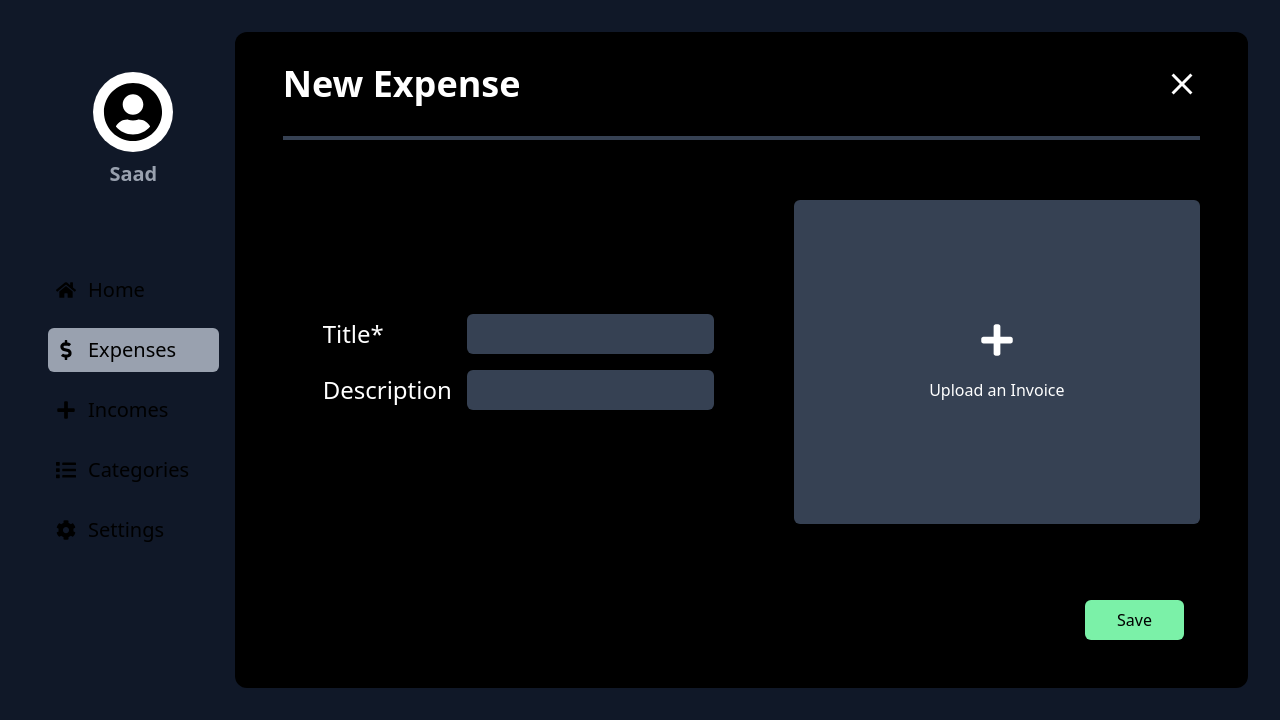
Repository: saad-naveed-brainx/Expense
Page: /expenses
These files come from the project's save history. The page is drawn as it stood at one moment and after the next save; the edit follows.
The browser window is 1280 px wide. The pictures show the whole page.
The project was rebuilt for these pictures with package versions that can differ from the ones it lists, and the page was loaded fresh each time. Also part of the build but not shown: vite.config.js, src/components/LandingPage.jsx, src/components/NotUsed.jsx.

Above is the page before, as saved 2025-09-04 16:58:32.

### index.html
<!doctype html>
<html lang="en">
  <head>
    <meta charset="UTF-8" />
    <link rel="icon" type="image/svg+xml" href="/vite.svg" />
    <link rel="stylesheet" href="/src/index.css" />
    <meta name="viewport" content="width=device-width, initial-scale=1.0" />
    <title>Vite + React</title>
  </head>
  <body>
    <div id="root"></div>
    <script type="module" src="/src/main.jsx"></script>
  </body>
</html>

### src/index.css
@import "tailwindcss";
@variant dark (.dark &);

### src/main.jsx
import { createRoot } from "react-dom/client";
import { Provider } from "react-redux";
import store from "./redux/store.js";
import "./index.css";
import App from "./App.jsx";

createRoot(document.getElementById("root")).render(

    <Provider store={store}>
      <App />
    </Provider>
);

### src/redux/store.js
import {configureStore} from '@reduxjs/toolkit'
import expenseReducer from './ExpenseSlice'
import themeReducer from './ThemeSlics'

export default configureStore({
    reducer: {
        expense: expenseReducer,
        theme: themeReducer,
    },
})

### src/App.jsx

import { Route,createBrowserRouter,createRoutesFromElements,RouterProvider } from 'react-router-dom'
import RootLayout from './components/RootLayout'
import LandingPage from './components/LandingPage'
import Expenses from './components/Expenses'
import NotUsed from './components/NotUsed'

function App() {

  const router = createBrowserRouter(
    createRoutesFromElements(
      <Route path='/' element={<RootLayout />}>
        <Route index element={<LandingPage />} />
        <Route path='/expenses' element={<Expenses />} />
        <Route path='/incomes' element={<NotUsed pageName="Incomes" />} />
        <Route path='/categories' element={<NotUsed pageName="Categories" />} />
        <Route path='/settings' element={<NotUsed pageName="Settings" />} />
      </Route>
    )
  )

  return (
    <RouterProvider router={router} />
  )
}

export default App

### src/redux/ExpenseSlice.js
import {createSlice } from '@reduxjs/toolkit'
import { v4 as uuidv4 } from 'uuid'


const initialState = {
    expenses: [{
        id: uuidv4(),
        amount: 0,
        date: null,
        category: '',
        description: '',
    }],
}


const expenseSlice = createSlice({
    name: 'expenseSlice',
    initialState,
    reducers:{
        addExpense: (state, action) =>{
            const newExpense = {
                id: uuidv4(),
                amount: action.payload.amount,
                date: new Date().toISOString(),
                category: action.payload.category,
                description: action.payload.description,
                title: '',
            }
            state.expenses.push(newExpense)
        },
        deleteExpense: (state, action) =>{
            state.expenses = state.expenses.filter(expense => expense.id !== action.payload.id)
            },
        editExpense: (state, action) =>{
            const index = state.expenses.findIndex(expense => expense.id === action.payload.id)
            if(index !== -1){
                state.expenses[index] = action.payload
            }
        },
    }
})

export const { addExpense, deleteExpense, editExpense } = expenseSlice.actions
export default expenseSlice.reducer

### src/redux/ThemeSlics.js
import { createSlice } from '@reduxjs/toolkit'

const initialState = {
    isDarkMode: localStorage.getItem('isDarkMode')? JSON.parse(localStorage.getItem('isDarkMode')):true,
}

const themeSlice = createSlice({
    name: 'themeSlice',
    initialState,
    reducers: {
        toggleTheme: (state) => {
            state.isDarkMode = !state.isDarkMode;
            localStorage.setItem('isDarkMode', JSON.stringify(state.isDarkMode));
        }
    }
})

export const { toggleTheme } = themeSlice.actions;

export default themeSlice.reducer;

### src/components/RootLayout.jsx
import React from 'react'
import LeftSection from './LeftSection'

import { Outlet } from 'react-router-dom'

export default function RootLayout() {
  return (
    <div className="flex w-full h-screen p-8 bg-gray-900">
      <div className="w-1/6">
        <LeftSection />
      </div>
      <div className="w-5/6"> <Outlet /></div>
    </div>
  );
}

### src/components/Expenses.jsx
import React from 'react'
import { IoMdClose } from "react-icons/io";
import { FaPlus } from "react-icons/fa";
import { useForm } from "react-hook-form"

export default function Expenses() {
  const {
    register,
    handleSubmit,
    watch,
    formState: { errors },
  } = useForm()

  const onSubmit = (data) => console.log(data)


  return (
    <div className='bg-black rounded-xl p-4 h-full flex flex-col py-8 px-12 text-white gap-15'>
      <div className='flex flex-col gap-8'>
      <div className='flex items-center justify-between'>
        <h1 className='text-white text-4xl font-bold'>New Expense</h1>
        <button className='text-white'>
          <IoMdClose className='text-4xl' />
        </button>
      </div>
      {/* horizontal line */}
      <div className='w-full h-1 bg-gray-700'></div>
      </div>

      <div className='flex items-center justify-evenly h-full gap-10'>
        <div className='w-full'>
          <form className='p-10 flex flex-col gap-4' onSubmit={handleSubmit(onSubmit)}>
            <div className='flex gap-4 items-center'>
              <h1 className='text-2xl w-32 shrink-0'>Title*</h1>
              <input type="text" className='bg-gray-700 rounded-md p-2 flex-1 min-w-0' {...register("title", {required:true})} />
            </div>
            <div className='flex gap-4 items-center'>
              <h1 className='text-2xl w-32 shrink-0'>Description</h1>
              <input type="text" className='bg-gray-700 rounded-md p-2 flex-1 min-w-0' {...register("description")} />
            </div>
          </form>
        </div>
        <div className='bg-gray-700 rounded-md p-2 h-full w-full flex flex-col gap-5 items-center justify-center cursor-pointer'>
          <FaPlus className='text-4xl' />
          <h1>Upload an Invoice</h1>
        </div>
      </div>

      <div className='flex items-center justify-end p-4'>
          <button type='submit' className='bg-green-300 rounded-md p-2 text-black px-8 py-2
          '>Save</button>
      </div>
    </div>

  )
}

### src/components/LeftSection.jsx
import React from "react";
import { FaUserCircle } from "react-icons/fa";
import NavCard from "./NavCard";
import { FaHome, FaDollarSign, FaPlus, FaList, FaCog } from "react-icons/fa";

const navJson = [
  {
    path: "/",
    title: "Home",
    icon: FaHome,
  },
  {
    path: "/expenses",
    title: "Expenses",
    icon: FaDollarSign,
  },
  {
    path: "/incomes",
    title: "Incomes",
    icon: FaPlus,
  },
  {
    path: "/categories",
    title: "Categories",
    icon: FaList,
  },
  {
    path: "/settings",
    title: "Settings",
    icon: FaCog,
  },
];

export default function LeftSection() {
  return (
    <div className="flex flex-col items-center justify-center p-4 pt-10 gap-20">
      <div className="flex flex-col items-center justify-center gap-2">
        <div className="rounded-full bg-white w-20 h-20 flex items-center justify-center">
          <FaUserCircle className="text-black text-6xl" />
        </div>
        <div className="text-gray-400 text-xl font-bold">Saad</div>
      </div>
      <div className="flex flex-col items-center justify-center gap-4 w-full">
        {navJson.map((item) => (
          <NavCard
            key={item.title}
            title={item.title}
            path={item.path}
            icon={item.icon}
          />
        ))}
      </div>
    </div>
  );
}

### src/components/NavCard.jsx
import React from "react";
import { NavLink } from "react-router-dom";

export default function NavCard({ title, icon: Icon, path }) {
    return (
        <NavLink
            to={path}
            className={({ isActive }) => `flex items-center justify-start cursor-pointer gap-3 p-2 rounded-md w-full ${isActive ? 'bg-gray-400' : ''}`}
        >
            {({ isActive }) => (
                <>
                    <Icon className={`text-black text-xl dark:text-white`} />
                    <h1 className={`text-black text-xl dark:text-white`}>{title}</h1>
                </>
            )}
        </NavLink>
    )
}

After the next save:
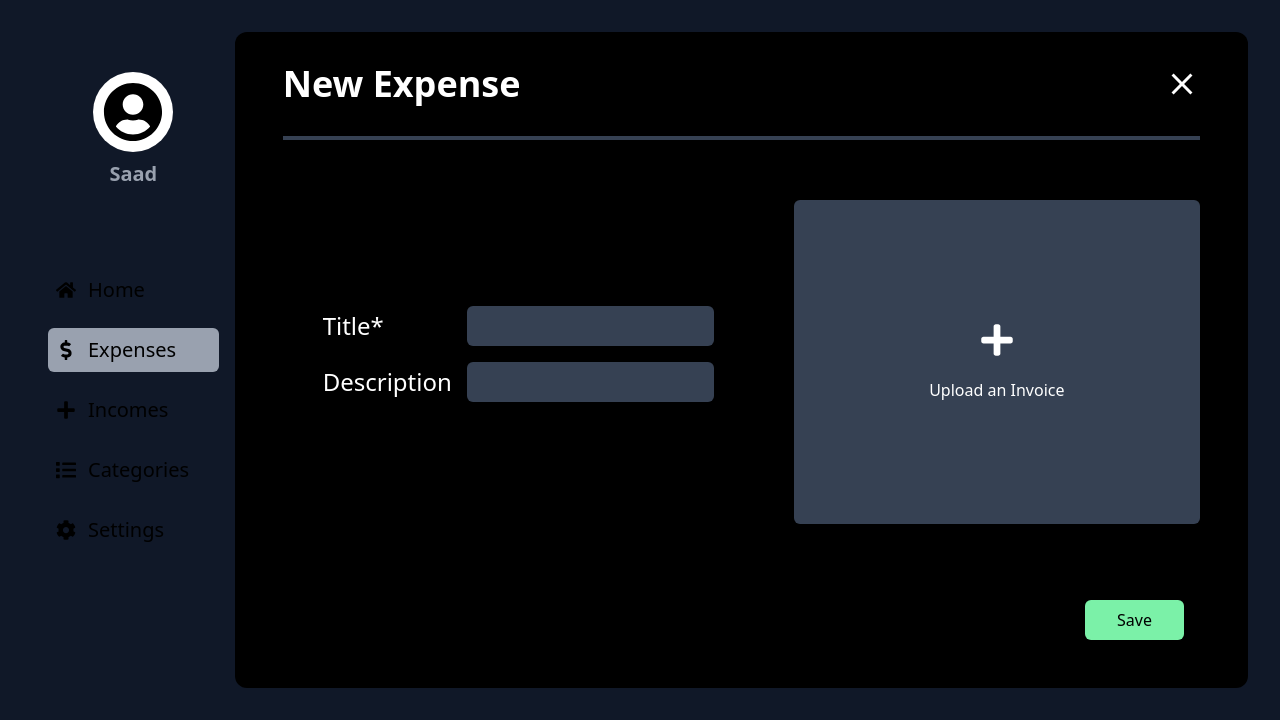
Saved 17 min 0 s later.
--- a/src/components/Expenses.jsx
+++ b/src/components/Expenses.jsx
@@ -38,6 +38,9 @@ export default function Expenses() {
               <h1 className='text-2xl w-32 shrink-0'>Description</h1>
               <input type="text" className='bg-gray-700 rounded-md p-2 flex-1 min-w-0' {...register("description")} />
             </div>
+            <div>
+
+            </div>
           </form>
         </div>
         <div className='bg-gray-700 rounded-md p-2 h-full w-full flex flex-col gap-5 items-center justify-center cursor-pointer'>
